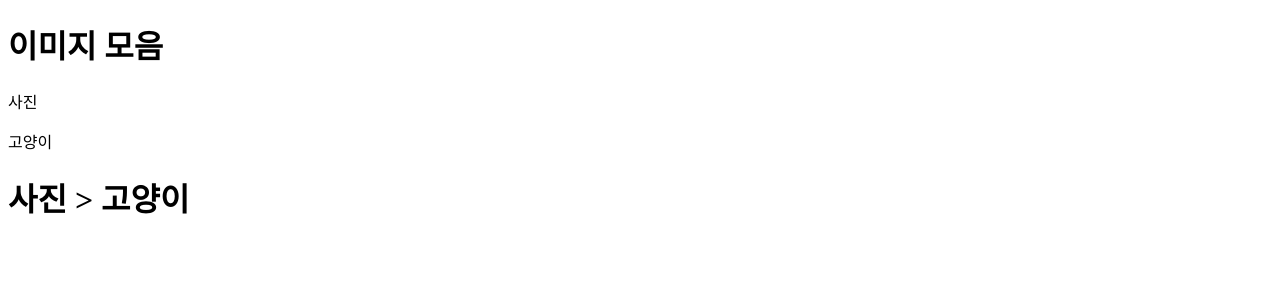
Repository: Hjubong/front-end
Page: ClientTest/src/main/webapp/html/Q008.html
These files come from the project's save history. The page is drawn as it stood at one moment and after the next save; the edit follows.
The browser window is 1280 px wide. The pictures show the whole page.

Above is the page before, as saved 2023-09-22 00:16:07.

After the next save:
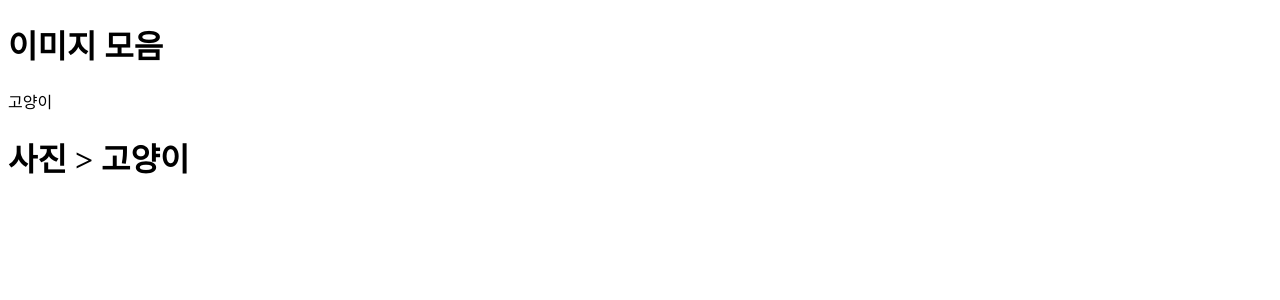
Saved 50 s later.
--- a/ClientTest/src/main/webapp/html/Q008.html
+++ b/ClientTest/src/main/webapp/html/Q008.html
@@ -6,9 +6,8 @@
 </head>
 <body>
 	<h1>이미지 모음</h1>
-사진
 <p id="title">고양이</p>
 
-<h1 a href="title"> 사진 > 고양이 </h1>
+<h1 a href="#title"> 사진 > 고양이 </h1>
 </body>
 </html>
